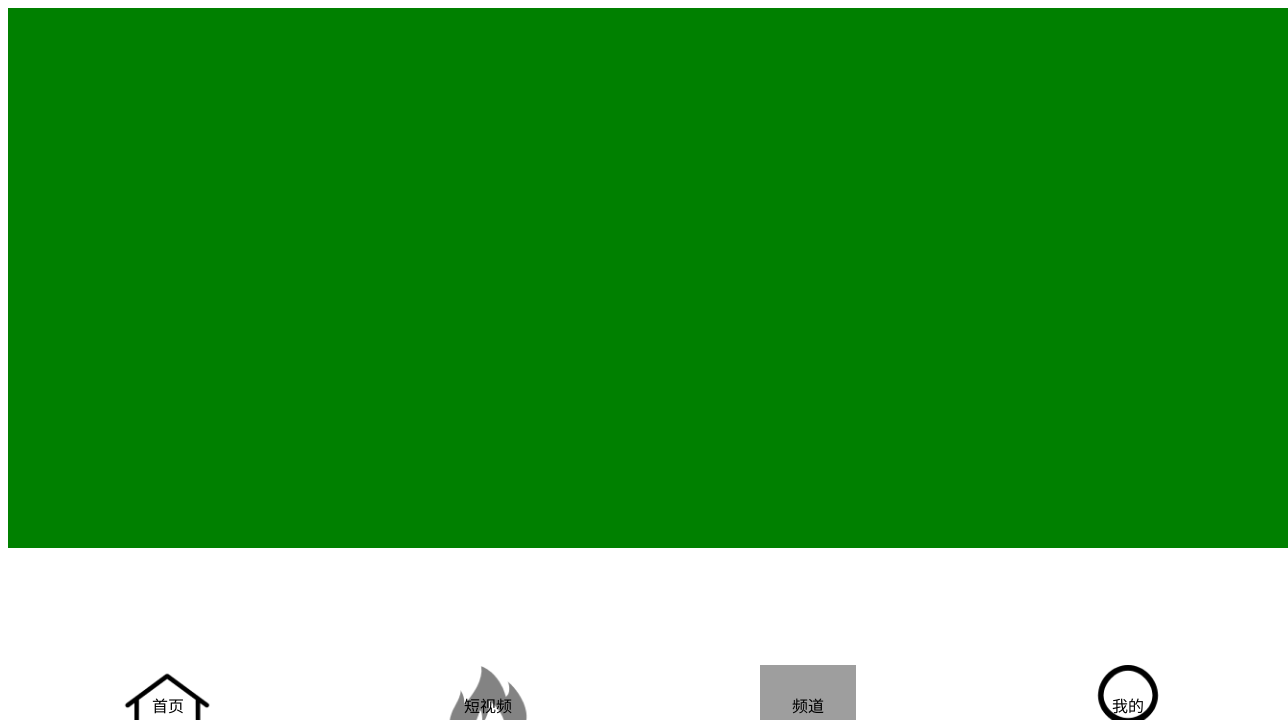
Repository: ITliuxiangyu/H51911Test
Page: video_demo/index.html
These files come from the project's save history. The page is drawn as it stood at one moment and after the next save; the edit follows.
The browser window is 1280 px wide. The page is 1288 px wide, so the pictures cover 1288 px, including what lies to the right of the window. The pictures show the whole page.
After loading, the first visible `div.tabbar_item` was clicked once.
Pictures or frames that could not be fetched are drawn as grey boxes.

Above is the page before, as saved 2019-12-20 10:11:07.

### video_demo/index.html
<!DOCTYPE html>
<html lang="en">
<head>
    <meta charset="UTF-8">
    <meta name="viewport" content="width=device-width, initial-scale=1.0">
    <meta http-equiv="X-UA-Compatible" content="ie=edge">
    <title>Document</title>
    <link rel="stylesheet" href="./css/index.css">
</head>
<body>
    <div class="app">
        <div class="app_content">
            <div class="shoueye_wrap"></div>
            <div class="duanshipin_wrap"></div>
            <div class="pindao_wrap"></div>
            <div class="wode_wrap"></div>
        </div>
        <div class="app_tabbar">
            <div class="tabbar_item">
                <div>
                    <img src="./imgs/shouye.png" alt="">
                </div>
                <br />
                <span>首页</span>
            </div>
            <div class="tabbar_item">
                <div>
                    <img src="./imgs/redu.png" alt="">
                </div>
                <br />
                <span>短视频</span>
            </div>
            <div class="tabbar_item">
                <div>
                    <img src="./imgs/pindao.png" alt="">
                </div>
                <br />
                <span>频道</span>
            </div>
            <div class="tabbar_item">
                <div>
                    <img src="./imgs/wode.png" alt="">
                </div>
                <br />
                <span>我的</span>
            </div>
        </div>
    </div>
</body>
<script src="./js/jquery-3.4.1.min.js"></script>
<script src="./js/index.js"></script>
</html>

### video_demo/css/index.css
/* 页面的内容区域部分 */
.app_content{
    width: 100vw;
}
.app_tabbar{
    width: 100vw;
    height: 60px;
    position: fixed;
    bottom: 0px;
    display: flex;
}
/* 底部的四个小块 */
.tabbar_item{
    flex: 1;
    /* border: 1px solid black; */
}
.tabbar_item{
    text-align: center;
    padding-top: 5px;
}
.tabbar_item div{
    height: 10px;
}
.tabbar_item div img{
    width: 30%;
}

/* 四个模块区域 */
.app_content>div{
    width: 100%;
    height: 100%;
    display: none;
}
.app_content>div:nth-child(4){
    background-color: yellow;
}
.app_content>div:nth-child(1){
    background-color: green;
    display: block;
}
.app_content>div:nth-child(2){
    background-color: red;
}
.app_content>div:nth-child(3){
    background-color: orange;
}

### video_demo/js/index.js
// 内容区域的高度
var screen_h = window.screen.height
var screen_w = window.screen.width

$(".app_content").css({
    "height": screen_h - $(".app_tabbar").outerHeight() + "px"
})

// 底部导航上的图片
var one_img = $(".tabbar_item div img")
one_img.css({
    "height": one_img.width() + "px"
})

// 底部到行上的点击事件
$(".tabbar_item").click(function () {
    var that = this
    $(".app_content>div").each(function (index , item) {
        if ($(that).index() == index) {
            console.log($(that).find("img").attr("src"))
            $(item).css({
                "display": "block"
            })
        } else {
            $(item).css({
                "display": "none"
            })
        }
    })
})

Loaded but not shown: video_demo/js/jquery-3.4.1.min.js (library)

After the next save:
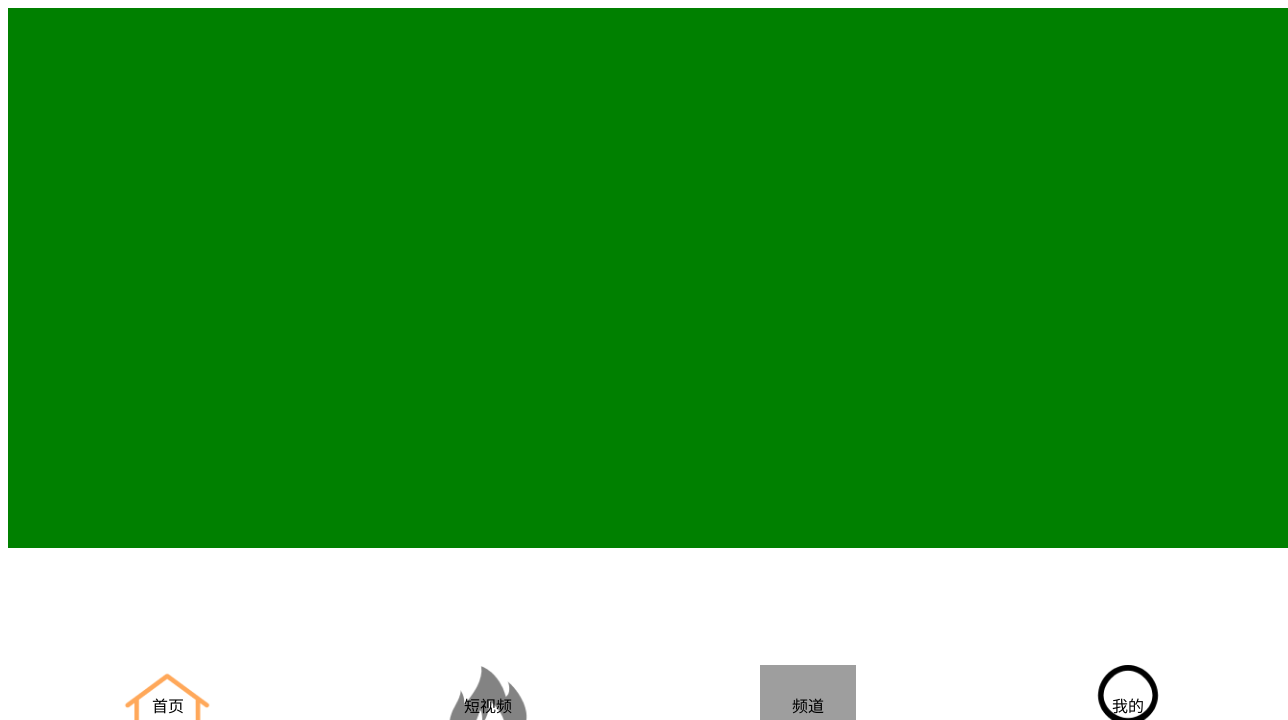
Saved 94 s later.
--- a/video_demo/js/index.js
+++ b/video_demo/js/index.js
@@ -17,7 +17,8 @@
     var that = this
     $(".app_content>div").each(function (index , item) {
         if ($(that).index() == index) {
-            console.log($(that).find("img").attr("src"))
+            var cur_src = $(that).find("img").attr("src")
+            $(that).find("img").attr("src" , cur_src.replace(".png" , "_a.png"))
             $(item).css({
                 "display": "block"
             })

After the save that followed:
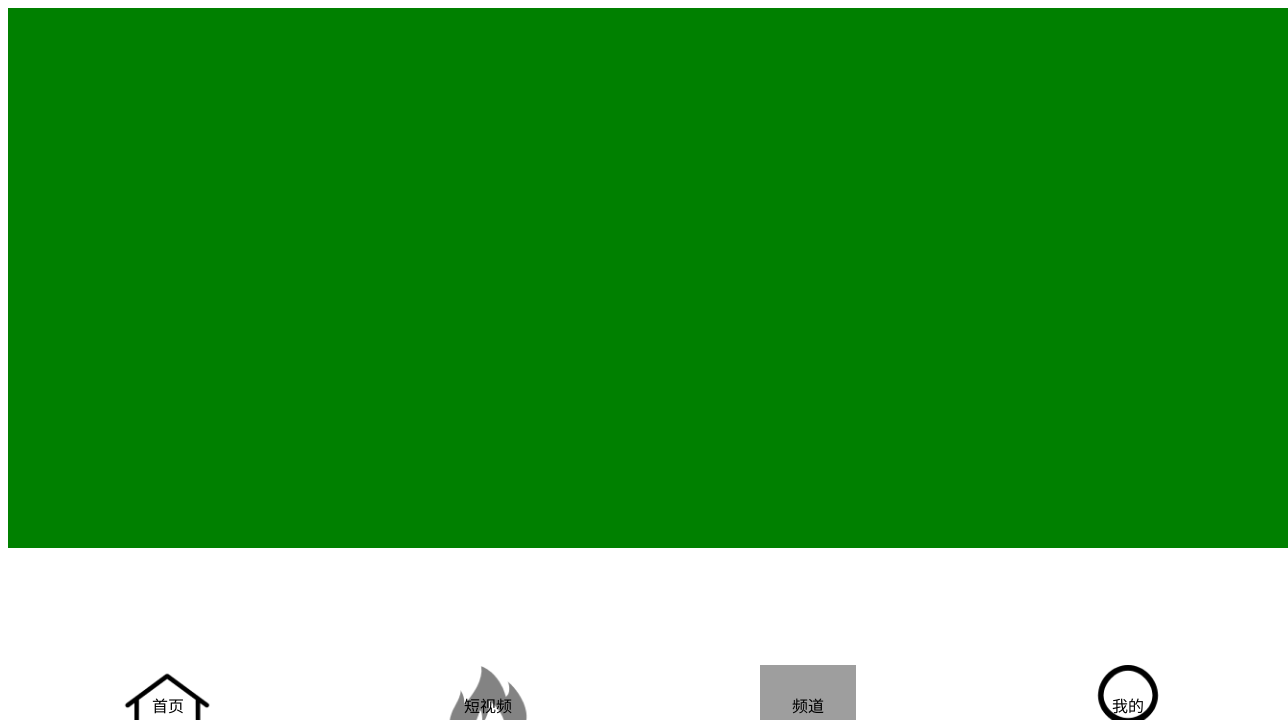
Saved 22 s later.
--- a/video_demo/js/index.js
+++ b/video_demo/js/index.js
@@ -23,6 +23,9 @@
                 "display": "block"
             })
         } else {
+            var cur_src = $(that).find("img").attr("src")
+            $(that).find("img").attr("src" , cur_src.replace("_a" , ""))
+
             $(item).css({
                 "display": "none"
             })
